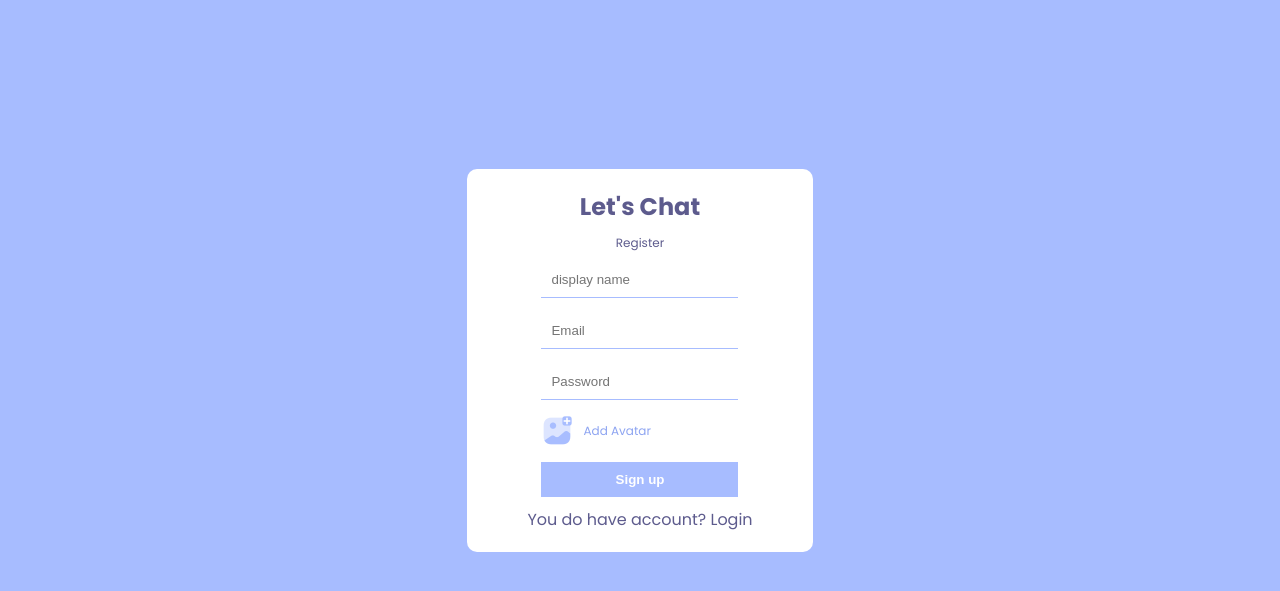
Repository: shikubro90/chatapp
Page: /
An editor plug-in stored every save of this project. The page is shown before and after the next save, followed by the edit.
The browser window is 1280 px wide. The pictures show the whole page.
The project was rebuilt for these pictures with package versions that can differ from the ones it lists, and the page was loaded fresh each time.

Above is the page before, as saved 2022-09-08 16:08:57.

After the next save:
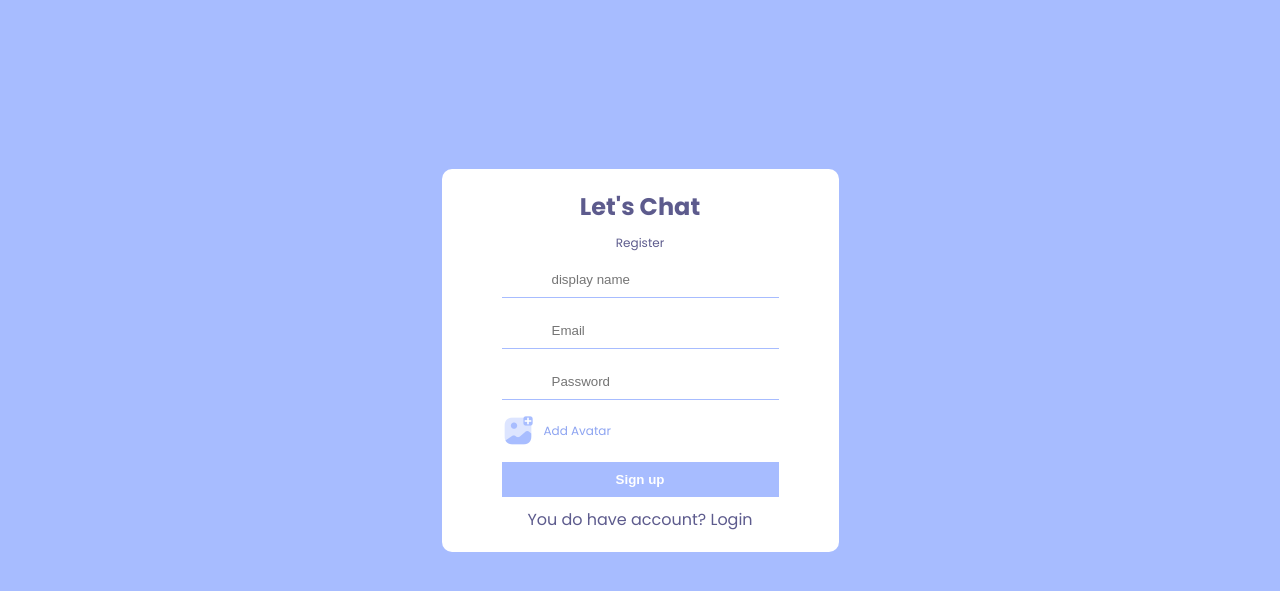
Saved 89 s later.
--- a/src/style.scss
+++ b/src/style.scss
@@ -22,7 +22,7 @@
             gap: 15px;
 
             input{
-                padding: 10px 10px;
+                padding: 10px 50px;
                 border: none;
                 border-bottom: 1px solid #a7bcff;
                 outline: none;
